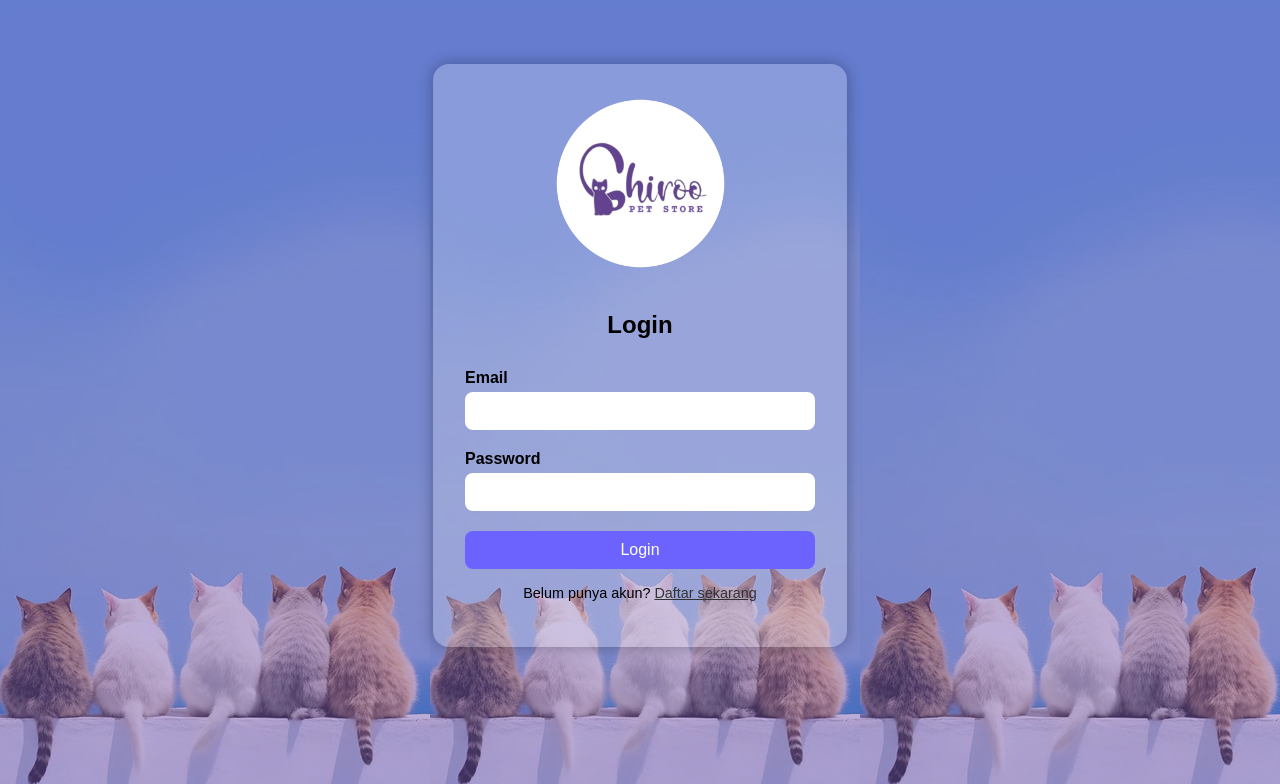
Repository: Senicccc/Shiroo-Pet-Store-Web-App
Page: http://localhost/php/login.php
An editor plug-in stored every save of this project. The page is shown before and after the next save, followed by the edit.
The browser window is 1280 px wide. The pictures show the whole page.
Some web fonts or font styles are not loaded; a fallback is used. The page is run by PHP 8.4 with error messages shown; the project is at /var/www/html/.

Above is the page before, as saved 2025-06-02 21:23:22.

After the next save:
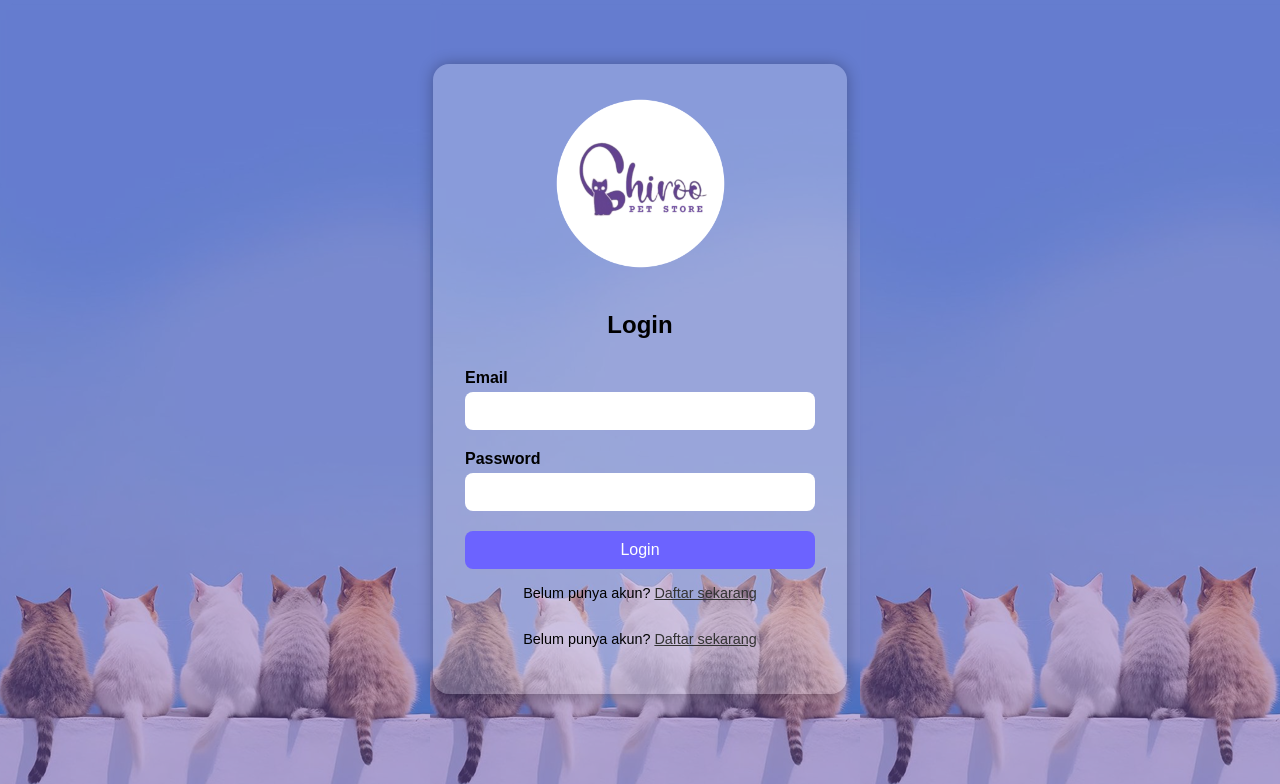
Saved 3 min 52 s later.
--- a/php/login.php
+++ b/php/login.php
@@ -58,6 +58,7 @@ if (isset($_POST['login'])) {
             <button type="submit" name="login">Login</button>
 
             <p class="register-link">Belum punya akun? <a href="register.php">Daftar sekarang</a></p>
+            <p class="register-link">Belum punya akun? <a href="register.php">Daftar sekarang</a></p>
         </form>
     </div>
 </body>
